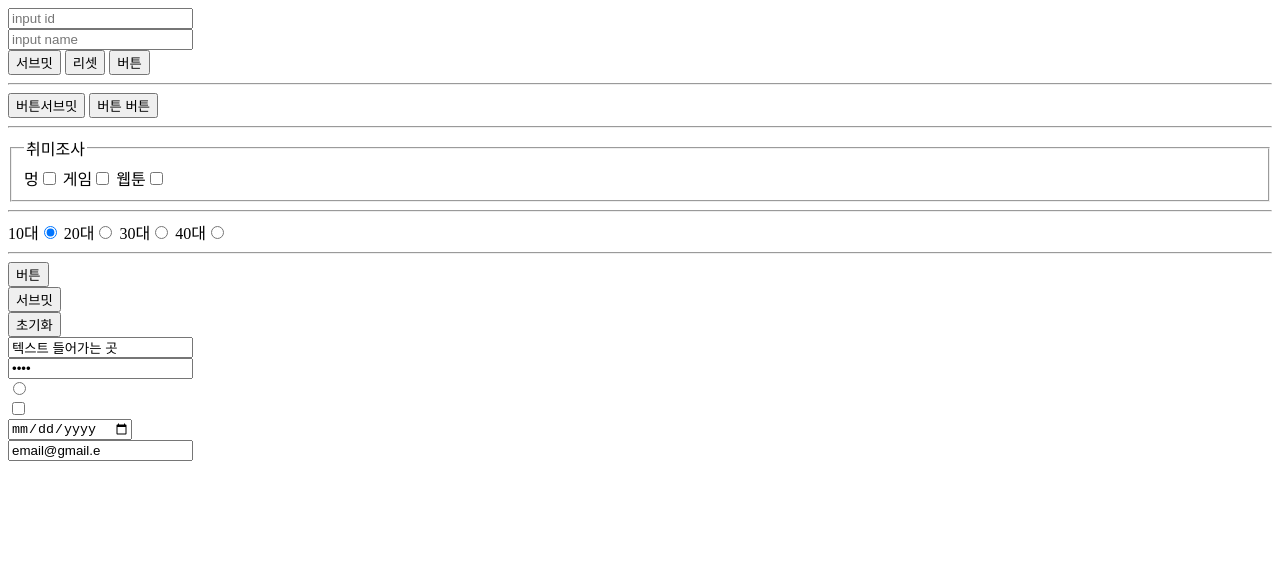
Repository: thswlsqls/JspWorkspace
Page: html/ex02.html
The author's editor kept a copy of each file at every save. The page is drawn from the files as they stood at one save, then again after the next save.
The browser window is 1280 px wide. The pictures show the whole page.

Above is the page before, as saved 2021-04-12 07:10:03.

After the next save:
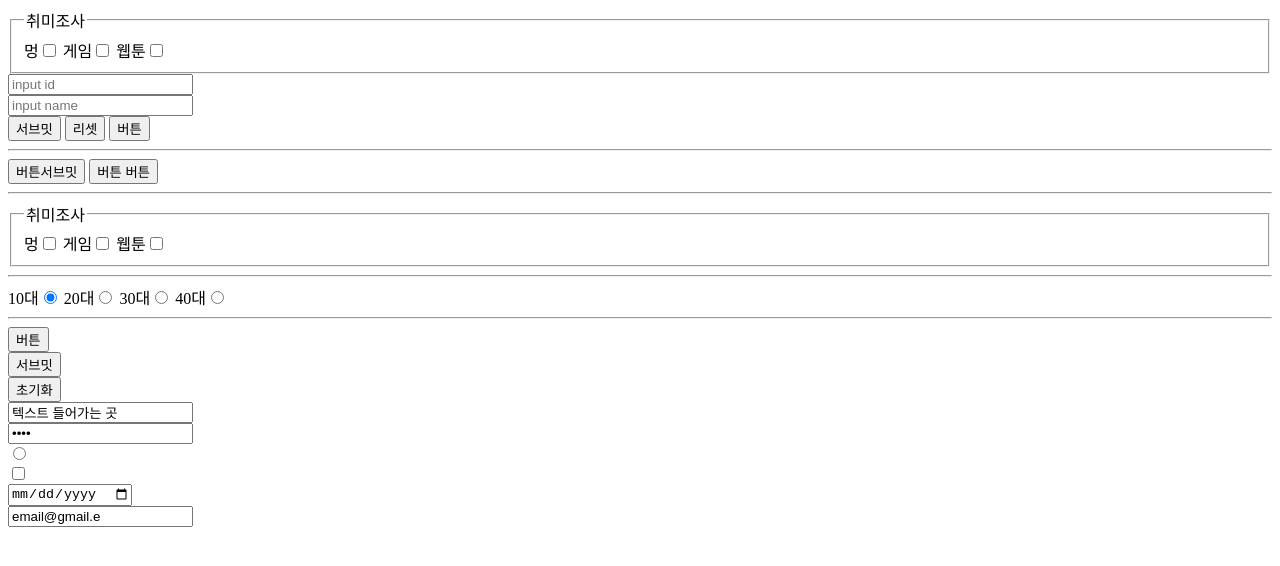
Saved 4 min 8 s later.
--- a/html/ex02.html
+++ b/html/ex02.html
@@ -6,6 +6,12 @@
 </head>
 <body>
 	<form action="https://www.naver.com" method="post">
+		<fieldset>
+			<legend>취미조사</legend>
+			멍<input type="checkbox">
+			게임<input type="checkbox">
+			웹툰<input type="checkbox">
+		</fieldset>
 		<input type="text" name="id" placeholder="input id"><br>
 		<input type="text" name="name" placeholder="input name"><br>
 		<input type="submit" value="서브밋">
